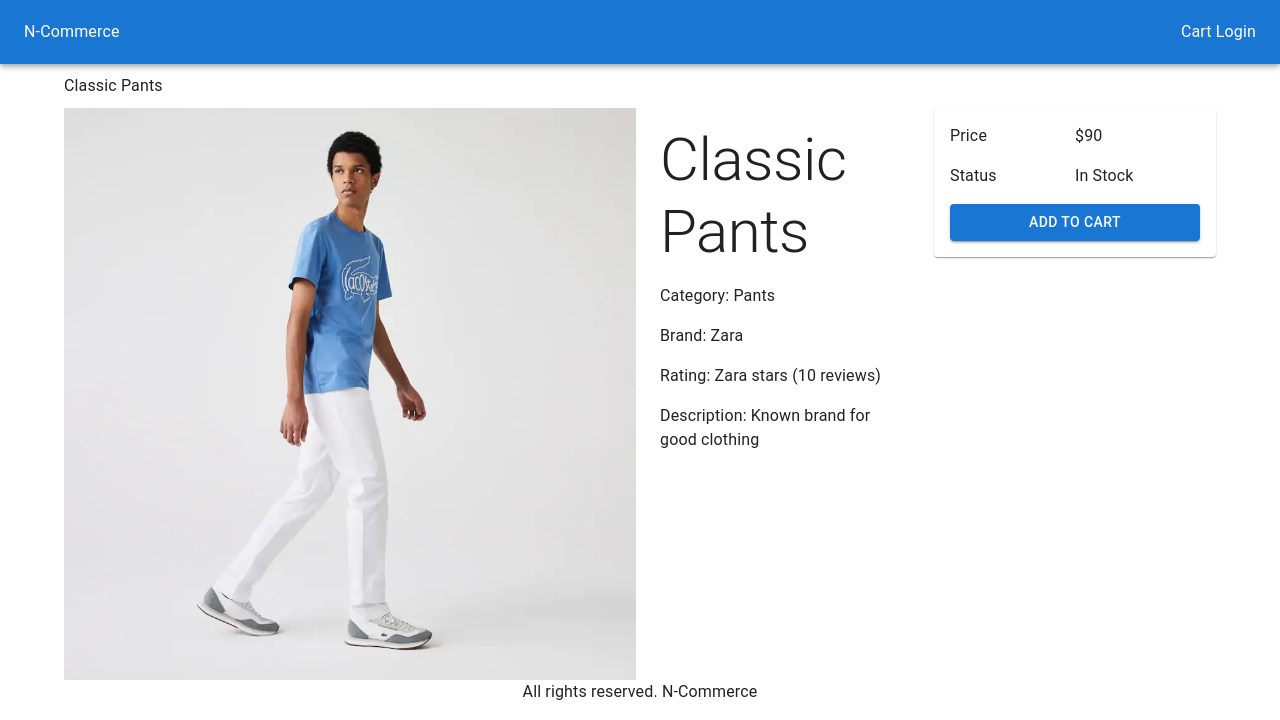
Repository: AK0493/Next-Commerce
Page: /product/classic-pants
An editor plug-in stored every save of this project. The page is shown before and after a run of saves, followed by the edit.
The browser window is 1280 px wide. The pictures show the whole page.
The project was rebuilt for these pictures with package versions that can differ from the ones it lists, and the page was loaded fresh each time. The framework's server and built-in components were replaced by stand-ins that run in the browser. Also part of the build but not shown: next.config.js.

Above is the page before, as saved 2022-02-07 17:07:01.

### pages/_app.js
import { useEffect } from 'react';
import '../styles/globals.css';

function MyApp({ Component, pageProps }) {
  useEffect(() => {
    const jssStyles = document.querySelector('#jss-server-side');
    if (jssStyles) {
      jssStyles.parentElement.removeChild(jssStyles);
    }
  }, []);
  return <Component {...pageProps} />;
}

export default MyApp;

### pages/product/[slug].js
import { useRouter } from 'next/router';
import React from 'react';
import data from '../../utils/data';
import NextLink from 'next/link';
import {
  Button,
  Card,
  Grid,
  Link,
  List,
  ListItem,
  Typography,
} from '@mui/material';
import Layout from '../../components/Layout';
import useStyles from '../../utils/styles';
import Image from 'next/image';
export default function ProductPage() {
  const classes = useStyles();
  const router = useRouter();
  const { slug } = router.query;
  const product = data.products.find((el) => el.slug === slug);
  if (!product) {
    return (
      <div>
        <h1>Product not Found!</h1>
      </div>
    );
  }
  return (
    <Layout title={product.name} description={product.description}>
      <div className={classes.section}>
        {product.name}
        <NextLink href="/" passHref>
          <Link>Back to Home</Link>
        </NextLink>
      </div>
      <Grid container spacing={1}>
        <Grid item md={6} xs={12}>
          <Image
            src={product.image}
            alt={product.name}
            width={640}
            height={640}
            layout="responsive"
          ></Image>
        </Grid>
        <Grid item md={3} xs={12}>
          <List>
            <ListItem>
              <Typography component="h2" variant="h2">
                {product.name}
              </Typography>
            </ListItem>
            <ListItem>
              <Typography>Category: {product.category}</Typography>
            </ListItem>
            <ListItem>
              <Typography>Brand: {product.brand}</Typography>
            </ListItem>
            <ListItem>
              <Typography>
                Rating: {product.brand} stars ({product.numReviews} reviews)
              </Typography>
            </ListItem>
            <ListItem>
              <Typography>Description: {product.description}</Typography>
            </ListItem>
          </List>
        </Grid>
        <Grid item md={3} xs={12}>
          <Card>
            <List>
              <ListItem>
                <Grid container>
                  <Grid item xs={6}>
                    <Typography>Price</Typography>
                  </Grid>
                  <Grid item xs={6}>
                    <Typography>${product.price}</Typography>
                  </Grid>
                </Grid>
              </ListItem>
              <ListItem>
                <Grid container>
                  <Grid item xs={6}>
                    <Typography>Status</Typography>
                  </Grid>
                  <Grid item xs={6}>
                    <Typography>
                      {product.CountInStock > 0 ? 'In Stock' : 'UNavailible'}
                    </Typography>
                  </Grid>
                </Grid>
              </ListItem>
              <ListItem>
                <Button fullWidth variant="contained" color="primary">
                  Add to Cart
                </Button>
              </ListItem>
            </List>
          </Card>
        </Grid>
      </Grid>
    </Layout>
  );
}

### styles/globals.css
html,
body {
  padding: 0;
  margin: 0;
  font-family: -apple-system, BlinkMacSystemFont, Segoe UI, Roboto, Oxygen,
    Ubuntu, Cantarell, Fira Sans, Droid Sans, Helvetica Neue, sans-serif;
}

a {
  color: #fff !important;
  text-decoration: none !important;
  cursor: pointer;
}

* {
  box-sizing: border-box;
}

### utils/data.js
const data = {
  products: [
    {
      name: 'Free Shirt',
      slug: 'free-shirt',
      category: 'Shirts',
      image: '/images/shirt1.jpg',
      price: 90,
      brand: 'Nike',
      rating: 4.5,
      numReviews: 10,
      CountInStock: 20,
      description: 'A popular shirt',
    },
    {
      name: 'Fit Shirt',
      slug: 'fit-shirt',
      category: 'Shirt',
      image: '/images/Shirt2.jpg',
      price: 90,
      brand: 'Addidas',
      rating: 4.5,
      numReviews: 10,
      CountInStock: 20,
      description: 'A popular shirt',
    },
    {
      name: 'Slim Shirt',
      slug: 'slim-shirt',
      category: 'Shirts',
      image: '/images/shirt3.jpg',
      price: 70,
      brand: 'Raymond',
      rating: 4.5,
      numReviews: 10,
      CountInStock: 20,
      description: 'A popular shirt',
    },
    {
      name: 'Golf Pants',
      slug: 'golf-pants',
      category: 'Pants',
      image: '/images/pants1.jpg',
      price: 70,
      brand: 'Oliver',
      rating: 4.5,
      numReviews: 10,
      CountInStock: 20,
      description: 'smart looking pants',
    },
    {
      name: 'Fit Pants',
      slug: 'fit-pants',
      category: 'Pants',
      image: '/images/pants2.jpg',
      price: 90,
      brand: 'Zara',
      rating: 4.5,
      numReviews: 10,
      CountInStock: 20,
      description: 'Known brand for good clothing',
    },
    {
      name: 'Classic Pants',
      slug: 'classic-pants',
      category: 'Pants',
      image: '/images/pants3.jpg',
      price: 90,
      brand: 'Zara',
      rating: 4.5,
      numReviews: 10,
      CountInStock: 20,
      description: 'Known brand for good clothing',
    },
  ],
};

export default data;

### components/Layout.js
import {
  AppBar,
  Container,
  createTheme,
  CssBaseline,
  Link,
  Toolbar,
  Typography,
} from '@mui/material';
import Head from 'next/head';
import React from 'react';
import useStyles from '../utils/styles';
import NextLink from 'next/link';
import { ThemeProvider } from '@mui/styles';
import { green, purple } from '@mui/material/colors';

export default function Layout({ title, description, children }) {
  const theme = createTheme({
    typography: {
      h1: {
        fontSize: '1.6rem',
        fontWeight: 400,
        margin: '1rem 0',
      },
      h2: {
        fontSize: '1.6rem',
        fontWeight: 400,
        margin: '1rem 0',
      },
    },
    palette: {
      primary: purple,
      secondary: green,
    },
  });

  const classes = useStyles();
  return (
    <div>
      <Head>
        <title>{title ? `${title} - Next-Commerce` : 'Next Commerce'}</title>
        {description && <meta name="description" content={description}></meta>}
      </Head>
      <ThemeProvider theme={theme}>
        <CssBaseline />
        <AppBar position="static" className={classes.navbar}>
          <Toolbar>
            <NextLink href="/">
              <Link>
                <Typography>N-Commerce</Typography>
              </Link>
            </NextLink>
            <div className={classes.grow}></div>
            <div>
              <NextLink href="/cart">
                <Link>Cart </Link>
              </NextLink>
              <NextLink href="/login">
                <Link>Login</Link>
              </NextLink>
            </div>
          </Toolbar>
        </AppBar>
        <Container className={classes.main}>{children}</Container>
        <footer className={classes.footer}>
          <Typography>All rights reserved. N-Commerce</Typography>
        </footer>
      </ThemeProvider>
    </div>
  );
}

### utils/styles.js
import { makeStyles } from '@mui/styles';

const useStyles = makeStyles({
  navbar: {
    backgroundColor: '#203040',
  },
  '& a': {
    color: '#fff',
    marginLeft: '10',
  },
  grow: {
    flexGrow: 1,
  },
  main: {
    minHeight: '80vh',
  },
  section: {
    marginTop: '10px',
    marginBottom: '10px',
  },
  footer: {
    textAlign: 'center',
  },
});
export default useStyles;

After the next 2 saves:
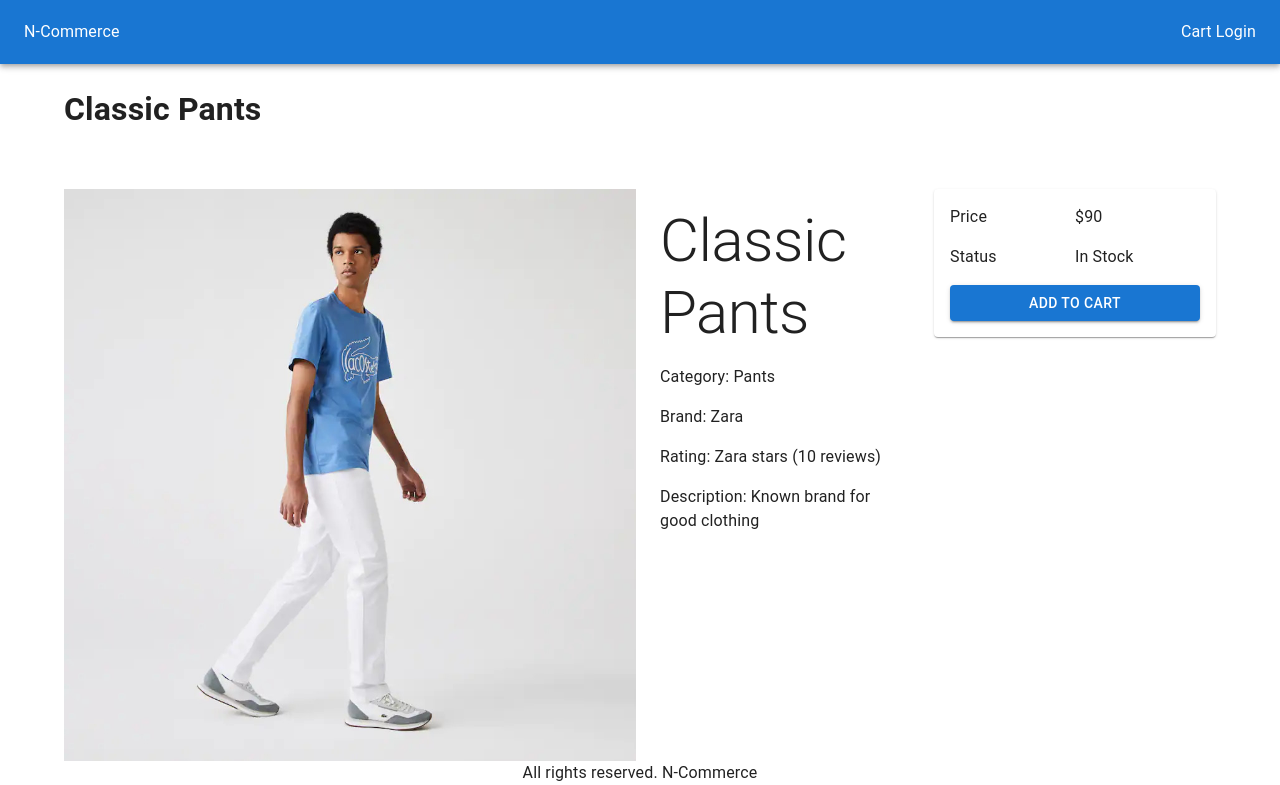
The 2 saves are shown as one change because 1 did not build or start.
The last was saved 50 s later.
--- a/pages/product/[slug].js
+++ b/pages/product/[slug].js
@@ -29,7 +29,7 @@
   return (
     <Layout title={product.name} description={product.description}>
       <div className={classes.section}>
-        {product.name}
+        <h1>{product.name}</h1>
         <NextLink href="/" passHref>
           <Link>Back to Home</Link>
         </NextLink>
